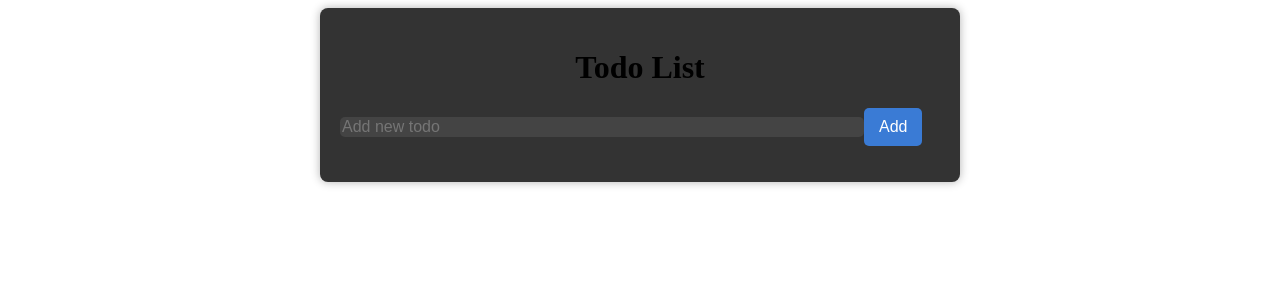
Repository: Tobby004/Todo-assignment
Page: / (app in todo-list-app/)
The author's editor kept a copy of each file at every save. The page is drawn from the files as they stood at one save, then again after the next save.
The browser window is 1280 px wide. The pictures show the whole page.
The project was rebuilt for these pictures with package versions that can differ from the ones it lists, and the page was loaded fresh each time. Also part of the build but not shown: todo-list-app/vue.config.js.

Above is the page before, as saved 2023-12-06 16:08:33.

After the next save:
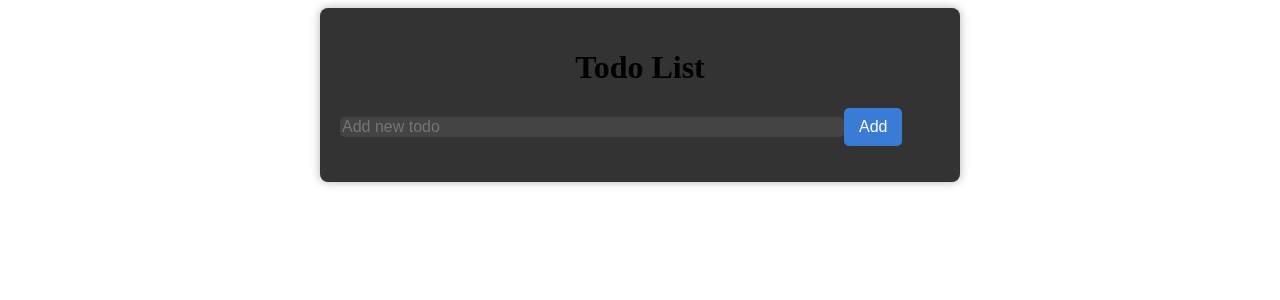
Saved 13 s later.
--- a/todo-list-app/src/App.vue
+++ b/todo-list-app/src/App.vue
@@ -78,7 +78,7 @@ h1 {
 }
 
 .input-field {
-  width: calc(100% - 80px);
+  width: calc(100% - 100px);
   border: none;
   border-radius: 5px;
   font-size: 16px;
